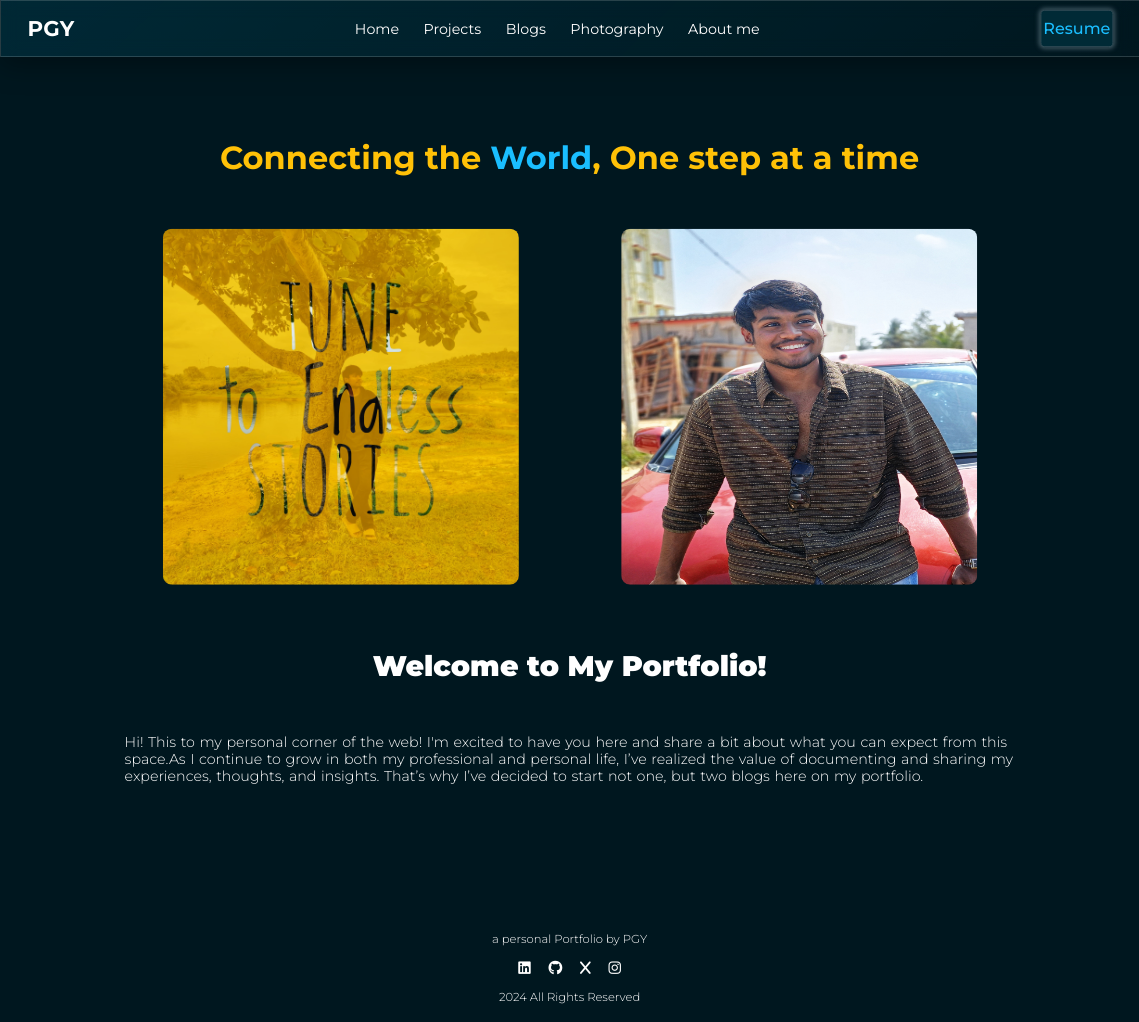
Repository: pgyunknown/pgyunknown
Page: blog.html
An editor plug-in stored every save of this project. The page is shown before and after the next save, followed by the edit.
The browser window is 1280 px wide. The pictures show the whole page, at 89% of full size.
Some web libraries are served in a nearby version.

Above is the page before, as saved 2024-08-14 20:54:06.

After the next save:
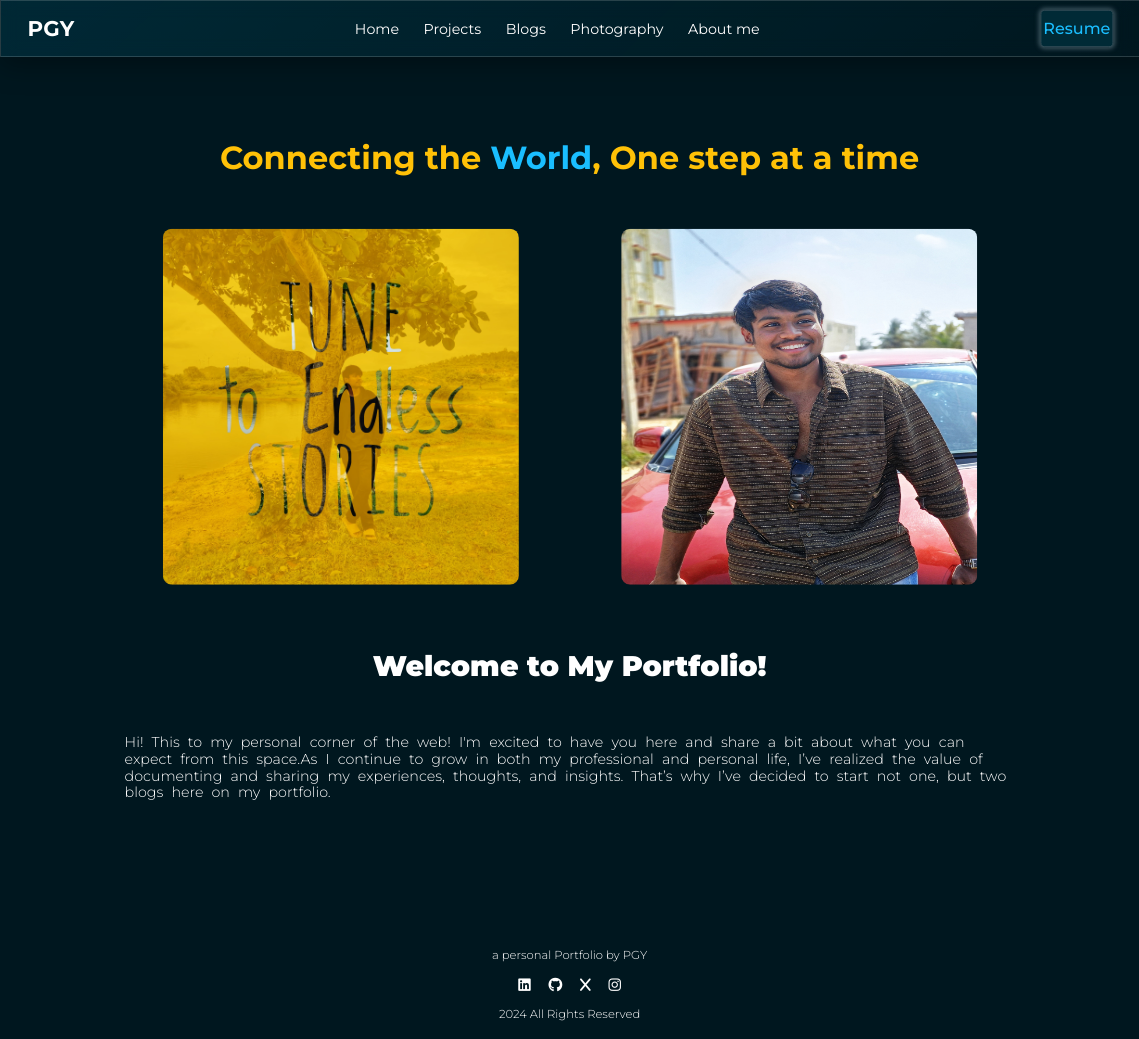
Saved 39 s later.
--- a/blog.css
+++ b/blog.css
@@ -173,7 +173,7 @@
     font-weight: 300;
     font-style: normal;
 
-    word-spacing: 1px;
+    word-spacing: 5px;
 }
 
 
